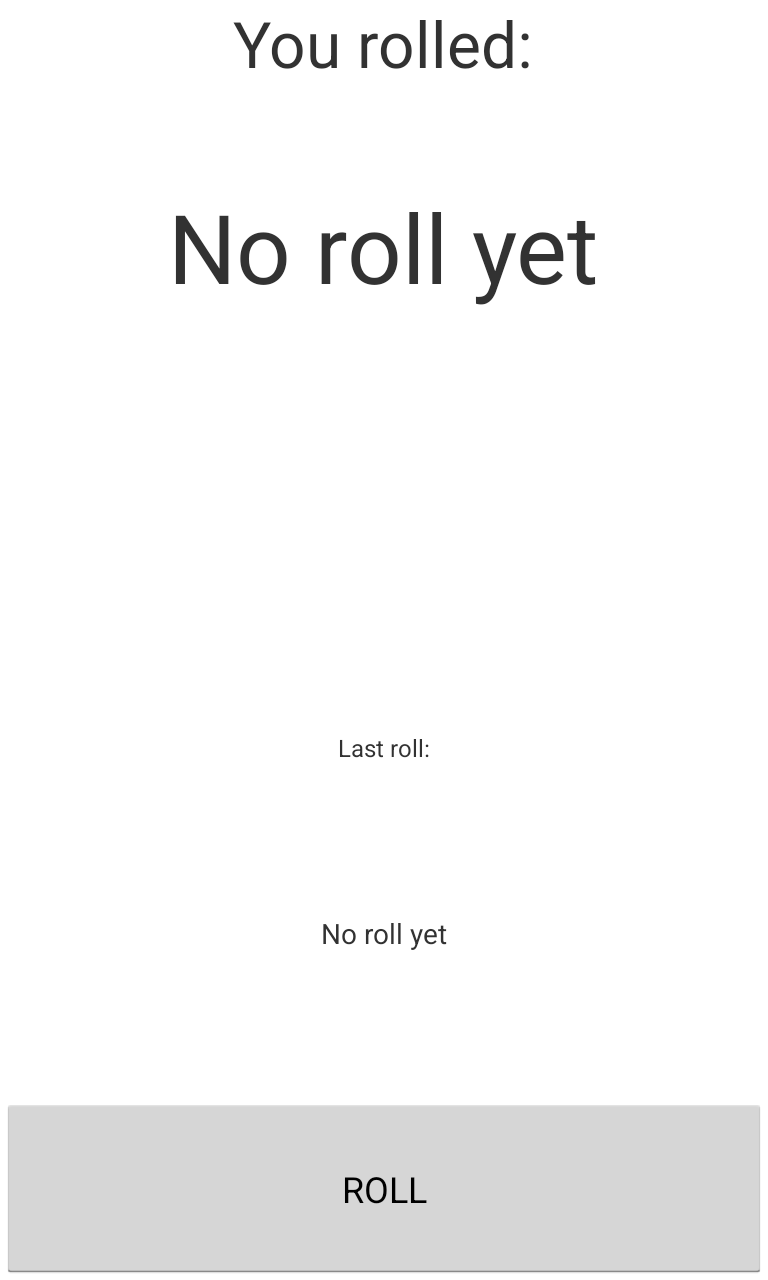
Repository: Bjodol/Roller
Layout: Roller/res/layout/dice_thrower.xml
These files come from the project's save history. The layout is drawn as it stood at one moment and after the next save; the edit follows.
It is drawn on a 768 x 1280 px phone screen (xhdpi) without system bars, with theme AppTheme; the app's code is not run. The app's manifest (not shown) leaves right-to-left support off. So textAlignment, textDirection and layoutDirection are ignored, and left and right values win over start and end ones.

Above is the layout before, as saved 2013-08-29 10:29:53.

After the next save:
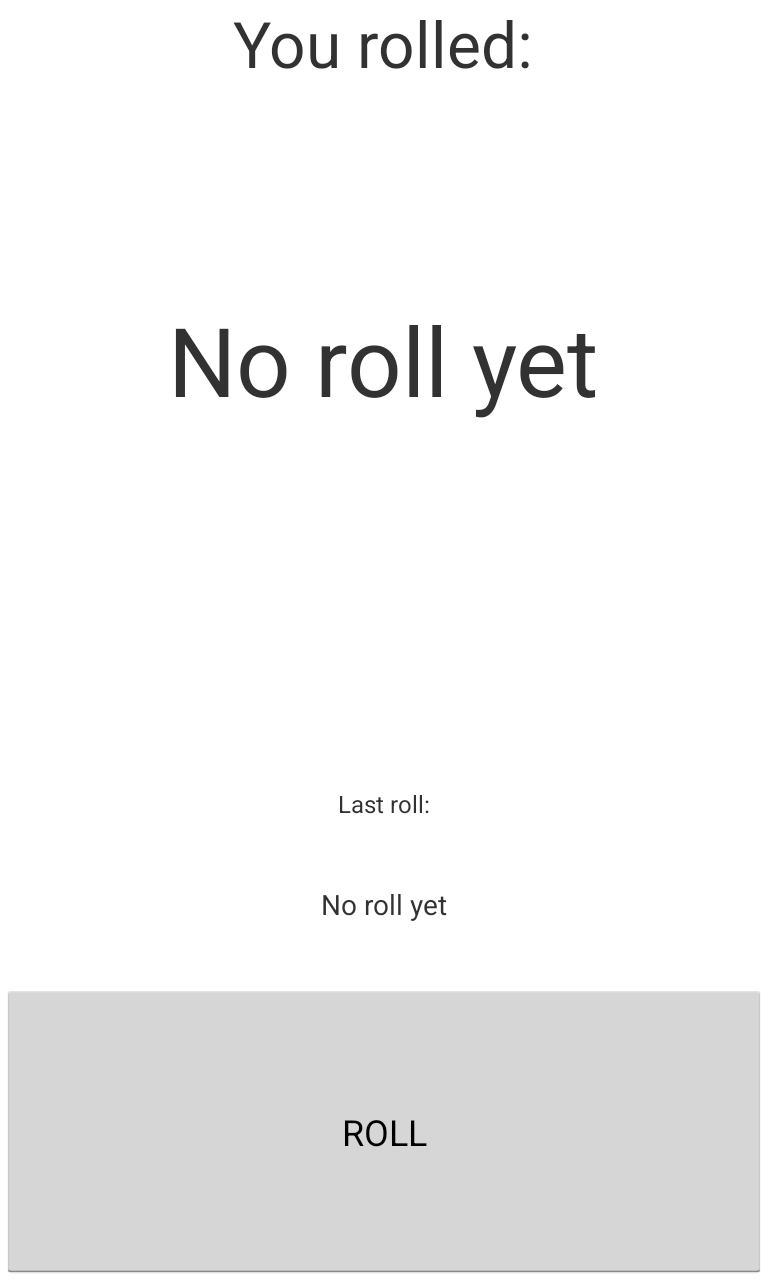
Saved 19 s later.
--- a/Roller/res/layout/dice_thrower.xml
+++ b/Roller/res/layout/dice_thrower.xml
@@ -8,7 +8,7 @@
         android:layout_width="wrap_content"
         android:layout_height="0dp"
         android:layout_gravity="center_horizontal"
-        android:layout_weight="1"
+        android:layout_weight="3"
         android:text="@string/youRolled"
         android:textAlignment="center"
         android:textSize="32sp" />
@@ -18,7 +18,7 @@
         android:layout_width="wrap_content"
         android:layout_height="0dp"
         android:layout_gravity="center"
-        android:layout_weight="3"
+        android:layout_weight="5"
         android:text="@string/noRolls"
         android:textAlignment="center"
         android:textSize="48sp" />
@@ -45,7 +45,7 @@
         android:layout_width="fill_parent"
         android:layout_height="0dp"
         android:layout_gravity="center_horizontal"
-        android:layout_weight="1"
+        android:layout_weight="3"
         android:text="@string/roll" />
 
 </LinearLayout>
